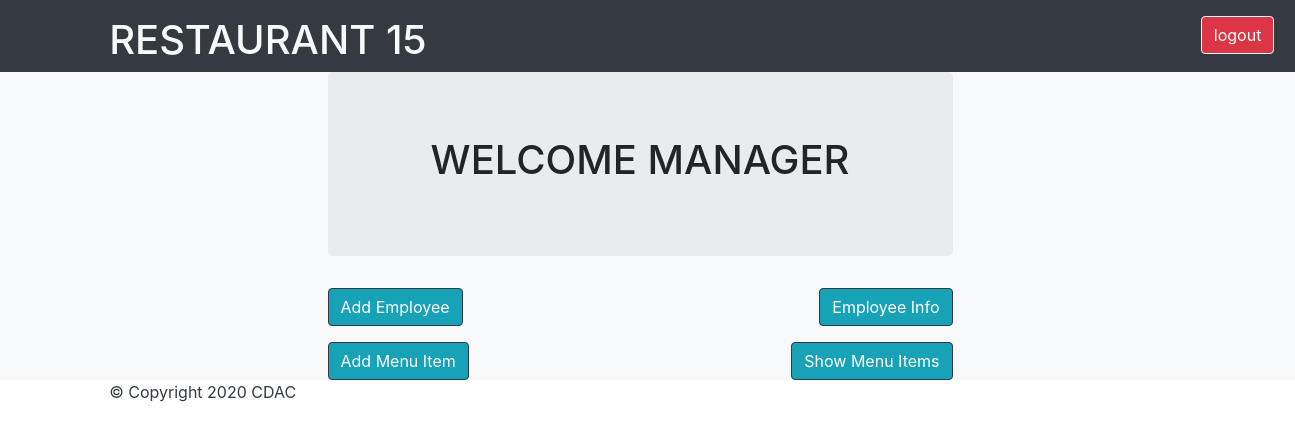
Repository: Pedaxx-IT-solution/E-Waiter-Stuff-
Page: http://localhost/ProjectEwaiter/WEB-INF/views/welcomemgr.jsp
The author's editor kept a copy of each file at every save. The page is drawn from the files as they stood at one save, then again after the next save.
The browser window is 1280 px wide. The page is 1295 px wide, so the pictures cover 1295 px, including what lies to the right of the window. The pictures show the whole page.
The page is served by Tomcat 9. Nobody is signed in. The template is opened directly, without the code that normally fills it, so the values that code supplies are empty.

Above is the page before, as saved 2020-01-25 22:54:37.

After the next save:
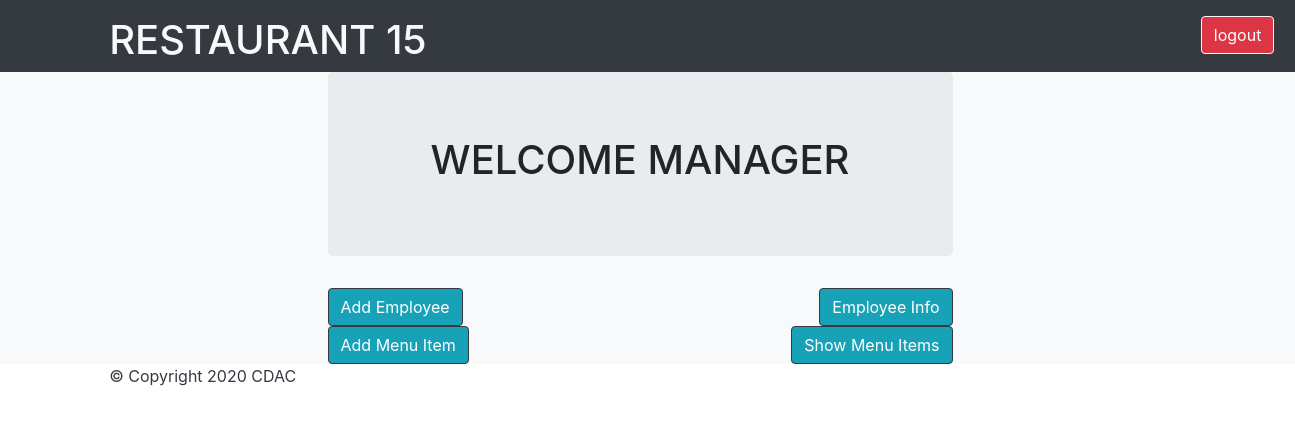
Saved 20 s later.
--- a/MyProject/ProjectEwaiter/src/main/webapp/WEB-INF/views/welcomemgr.jsp
+++ b/MyProject/ProjectEwaiter/src/main/webapp/WEB-INF/views/welcomemgr.jsp
@@ -60,17 +60,17 @@ response.setHeader("Expires", "0");
 
 
 
-		<div class="row bg-light">
+		<div class="row bg-light mt-6">
 			<div class="col-3"></div>
 			<div class="col-3">
 
-							<a href="/user/menu/addMenu" class="mt-3 btn btn-info border-dark" role="button">Add Menu Item</a>
+							<a href="/user/menu/addMenu" class=" btn btn-info border-dark" role="button">Add Menu Item</a>
 
 			</div>
 
 			<div class=" col-3 text-right">
 
-							<a href="/user/menu/showMenu" class="mt-3 btn btn-info border-dark" role="button">Show Menu Items</a>
+							<a href="/user/menu/showMenu" class="btn btn-info border-dark" role="button">Show Menu Items</a>
 			</div>
 			<div class="col-3"></div>
 
